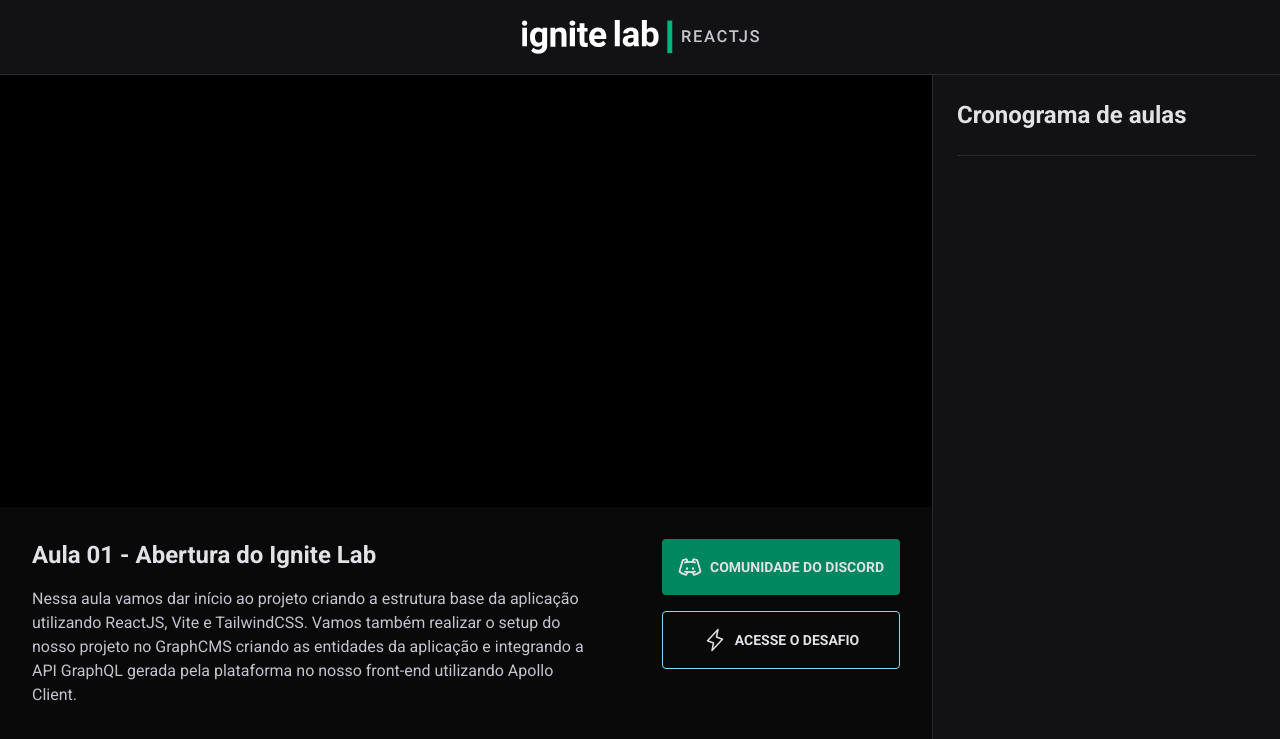
Repository: XFERRER7/Ignite-lab
Page: /
An editor plug-in stored every save of this project. The page is shown before and after the next save, followed by the edit.
The browser window is 1280 px wide. The pictures show the whole page.
The page's requests for data from a server got no answer. The project was rebuilt for these pictures with package versions that can differ from the ones it lists, and the page was loaded fresh each time. No one was signed in, and anything a server would have sent is missing. Also part of the build but not shown: vite.config.ts, src/components/Lesson.tsx.

Above is the page before, as saved 2022-06-26 01:56:27.

After the next save:
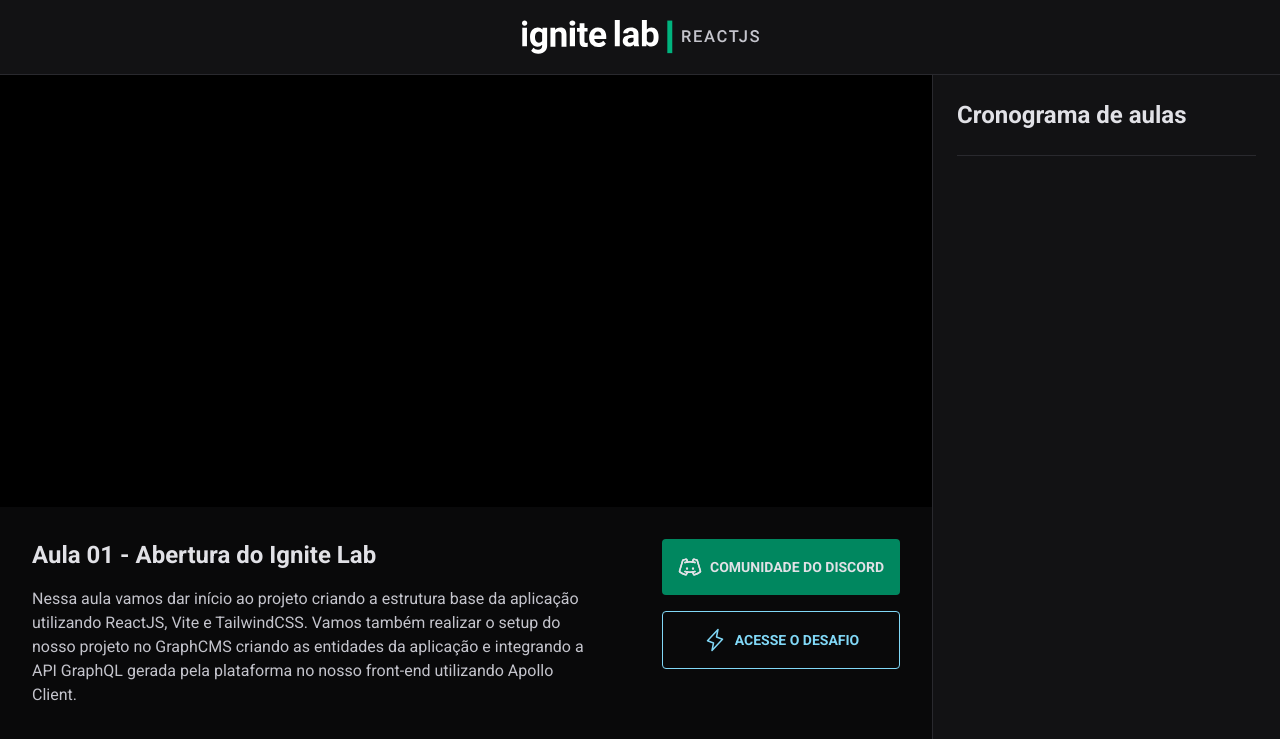
Saved 4 s later.
--- a/src/components/Video.tsx
+++ b/src/components/Video.tsx
@@ -27,7 +27,7 @@
               <DiscordLogo size={24}/>
               Comunidade do discord
             </a>
-            <a href="" className='p-4 text-sm border text-blue  border-blue-500 flex items-center rounded font-bold uppercase
+            <a href="" className='p-4 text-sm border text-blue-500  border-blue-500 flex items-center rounded font-bold uppercase
             gap-2 justify-center'>
               <Lightning size={24}/>
               Acesse o desafio
